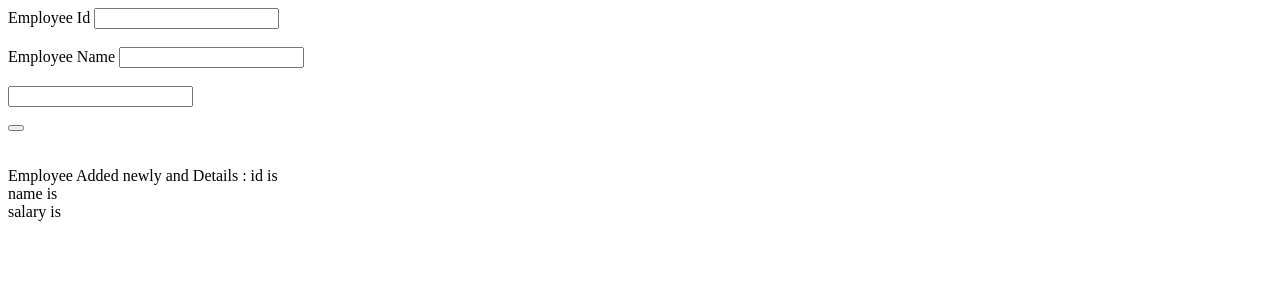
Repository: pushpakkatkar/Spring-Project
Page: http://localhost/SpringMVCValidation01/WEB-INF/view/addEmp.jsp
An editor plug-in stored every save of this project. The page is shown before and after the next save, followed by the edit.
The browser window is 1280 px wide. The pictures show the whole page.
The page is served by Tomcat 9. Nobody is signed in. The template is opened directly, without the code that normally fills it, so the values that code supplies are empty.

Above is the page before, as saved 2020-03-12 10:55:50.

After the next save:
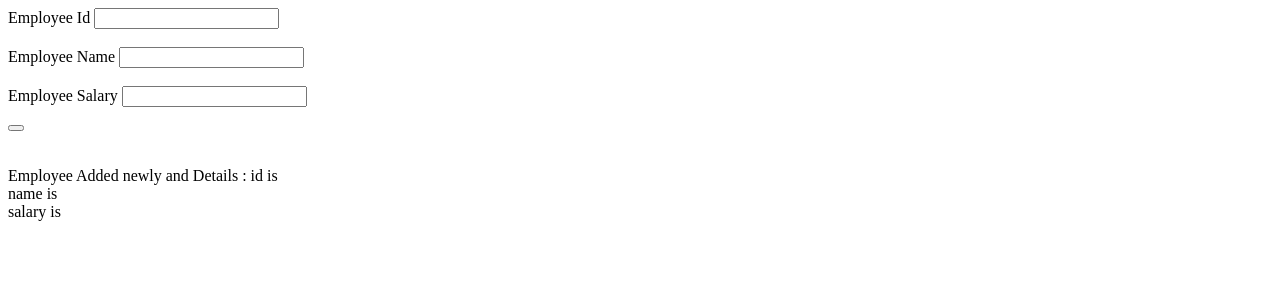
Saved 9 s later.
--- a/wokspace-spring/SpringMVCValidation01/WebContent/WEB-INF/view/addEmp.jsp
+++ b/wokspace-spring/SpringMVCValidation01/WebContent/WEB-INF/view/addEmp.jsp
@@ -16,7 +16,7 @@
 <s:label path="empName">Employee Name</s:label>
 <s:input path="empName"/>
 <br><br>
-<s:label path="empSal"></s:label>
+<s:label path="empSal">Employee Salary</s:label>
 <s:input path="empSal"/>
 <br><br>
 <s:button type="submit"></s:button>
